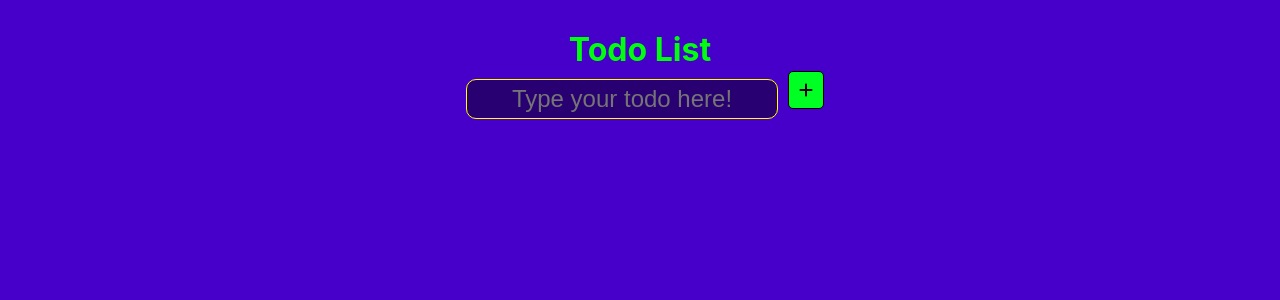
Repository: badhon252/todo-app
Page: /
The author's editor kept a copy of each file at every save. The page is drawn from the files as they stood at one save, then again after the next save.
The browser window is 1280 px wide. The pictures show the whole page.
The project was rebuilt for these pictures with package versions that can differ from the ones it lists, and the page was loaded fresh each time.

Above is the page before, as saved 2022-01-26 13:50:54.

### public/index.html
<!DOCTYPE html>
<html lang="en">

<head>
  <meta charset="utf-8" />
  <link rel="icon" href="%PUBLIC_URL%/favicon.ico" />
  <meta name="viewport" content="width=device-width, initial-scale=1" />
  <meta name="theme-color" content="#000000" />
  <meta name="description" content="Web site created using create-react-app" />
  <link rel="apple-touch-icon" href="%PUBLIC_URL%/logo192.png" />

  <link rel="manifest" href="%PUBLIC_URL%/manifest.json" />

  <link rel="stylesheet" href="https://cdnjs.cloudflare.com/ajax/libs/font-awesome/5.15.4/css/all.min.css"
    integrity="sha512-1ycn6IcaQQ40/MKBW2W4Rhis/DbILU74C1vSrLJxCq57o941Ym01SwNsOMqvEBFlcgUa6xLiPY/NS5R+E6ztJQ=="
    crossorigin="anonymous" referrerpolicy="no-referrer" />
  <title>React App</title>
</head>

<body>
  <noscript>You need to enable JavaScript to run this app.</noscript>
  <div id="root"></div>
  <!--
      This HTML file is a template.
      If you open it directly in the browser, you will see an empty page.

      You can add webfonts, meta tags, or analytics to this file.
      The build step will place the bundled scripts into the <body> tag.

      To begin the development, run `npm start` or `yarn start`.
      To create a production bundle, use `npm run build` or `yarn build`.
    -->
</body>

</html>

### src/App.js
import Todo from "./components/Todo";

function App() {
  return (
    <div className="App">
      <Todo />
    </div>
  );
}

export default App;

### src/components/Todo.js
import React, { useState } from "react";
import { FontAwesomeIcon } from "@fortawesome/react-fontawesome";
import { faPlus, faTrash, faEdit } from "@fortawesome/free-solid-svg-icons";
import "../Styles/style.css";

export default function Todo() {
  const [inputItems, setInputItems] = useState("");
  const [todo, setTodo] = useState([]);

  const addItems = () => {
    if (!inputItems) {
      alert("Your input field is blank!!");
    } else {
      setTodo((e) => [...todo, inputItems]);
      setInputItems("");
    }
  };

  return (
    <div className="main-div">
      <h1>Todo List</h1>
      <div>
        <input
          type="text"
          name=""
          id="input-box"
          placeholder="Type your todo here!"
          value={inputItems}
          onChange={(e) => setInputItems(e.target.value)}
        />
        <FontAwesomeIcon icon={faPlus} className="add-btn" onClick={addItems} />

        {/* <button type="submit" className="add-btn" onClick={addItems}>
          Add
        </button> */}
      </div>
      {/* showing items =============== */}
      <div className="show-items">
        {todo.map((currentItems, index) => {
          return (
            <div key={index}>
              <li className="todo-item">{currentItems}</li>
              <FontAwesomeIcon icon={faTrash} className="icon" />
              <FontAwesomeIcon icon={faEdit} className="icon" />
            </div>
          );
        })}
      </div>
    </div>
  );
}

### src/Styles/style.css
* {
  margin: 0;
  padding: 0;
  background-color: #4700ca;
}

.main-div {
  margin: 30px;
  text-align: center;
}
h1 {
  color: #00ff0d;
}
#input-box {
  color: #ffffff;
  margin: 10px;
  padding: 5px 0;
  font-size: 1.5rem;
  border: 1px solid yellow;
  background-color: #280072;
  border-radius: 10px;
  text-align: center;
}

.fa-circle-plus {
  font-size: 1rem;
  color: white;
}

.add-btn {
  padding: 10px;
  background-color: rgb(0, 255, 34);
  color: rgb(0, 0, 0);
  border: 1px solid black;
  font-weight: 700;
  font-size: 1rem;
  border-radius: 5px;
  cursor: pointer;
}

.todo-item {
  /* background-color: #5b0080; */
  padding: 5px;
  color: white;
  font-size: 20px;
  font-weight: 700;
}

Loaded but not shown: src/index.js (common file); src/index.css (common file); src/reportWebVitals.js (common file)

After the next save:
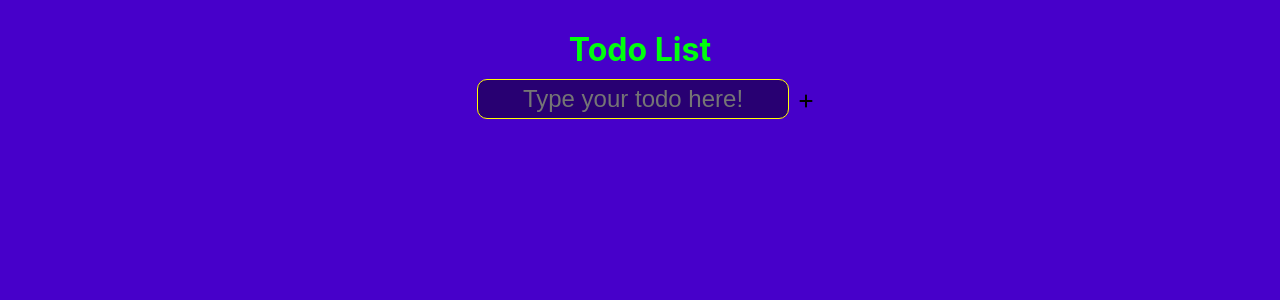
Saved 6 s later.
--- a/src/components/Todo.js
+++ b/src/components/Todo.js
@@ -28,7 +28,12 @@
           value={inputItems}
           onChange={(e) => setInputItems(e.target.value)}
         />
-        <FontAwesomeIcon icon={faPlus} className="add-btn" onClick={addItems} />
+        <FontAwesomeIcon
+          icon={faPlus}
+          className="add-btn"
+          onClick={addItems}
+          className="icon"
+        />
 
         {/* <button type="submit" className="add-btn" onClick={addItems}>
           Add

After the save that followed:
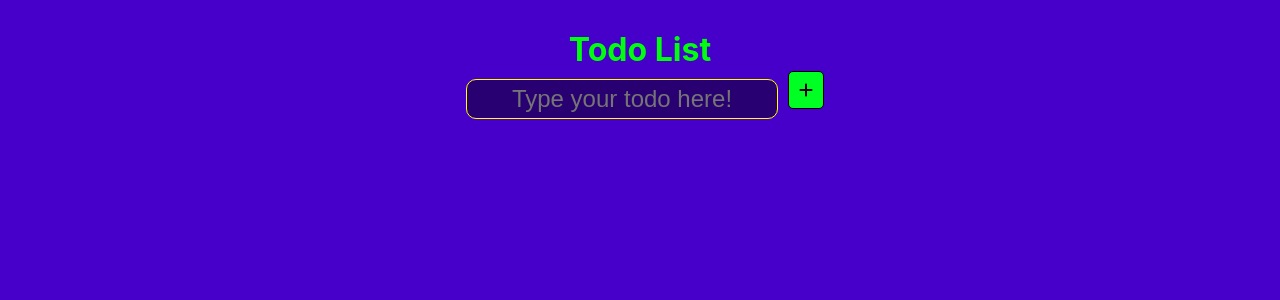
Saved 7 s later.
--- a/src/components/Todo.js
+++ b/src/components/Todo.js
@@ -30,9 +30,8 @@
         />
         <FontAwesomeIcon
           icon={faPlus}
-          className="add-btn"
+          className="add-btn icon"
           onClick={addItems}
-          className="icon"
         />
 
         {/* <button type="submit" className="add-btn" onClick={addItems}>
